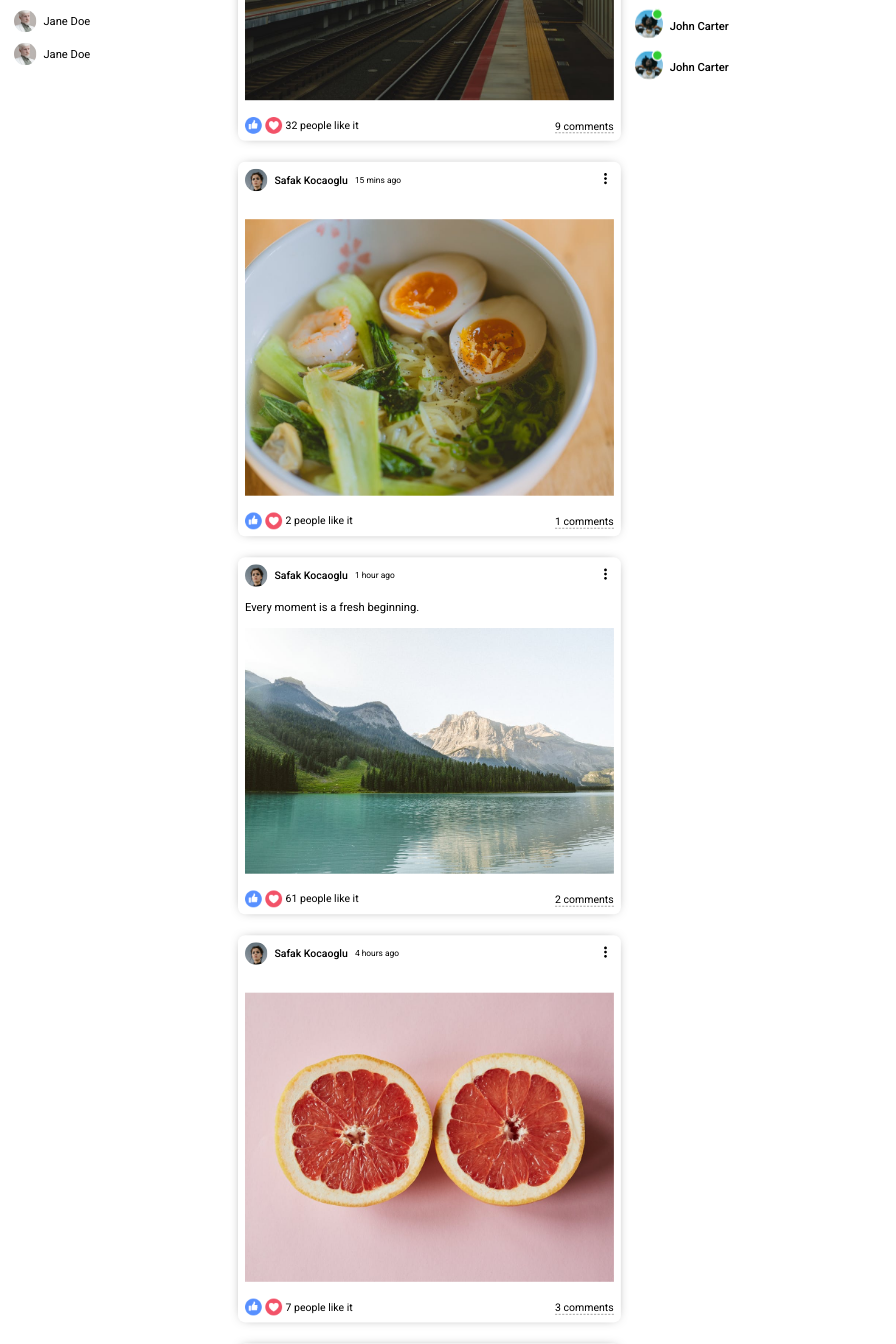
Repository: nazlinres01/react-social
Page: / (app in client/)
The author's editor kept a copy of each file at every save. The page is drawn from the files as they stood at one save, then again after the next save.
The browser window is 1280 px wide. The pictures show the part of the page from y = 623 to 2543 px (the page is 5771 px tall), at 70% of full size.
The project was rebuilt for these pictures with package versions that can differ from the ones it lists, and the page was loaded fresh each time.

Above is the page before, as saved 2024-06-13 18:31:24.

After the next save:
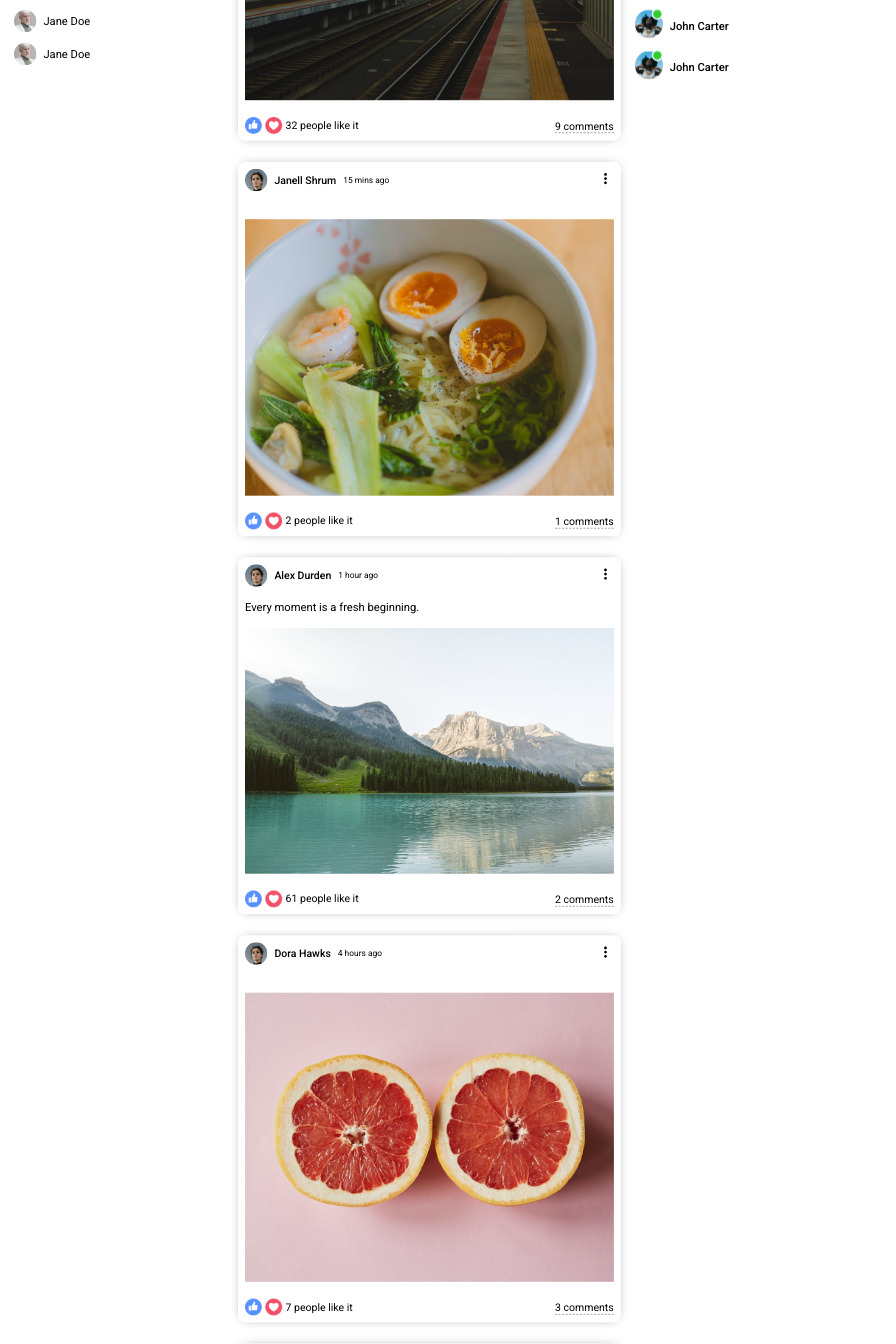
Saved 5 min 53 s later.
--- a/client/src/components/post/Post.jsx
+++ b/client/src/components/post/Post.jsx
@@ -1,5 +1,7 @@
 import { MoreVert } from "@material-ui/icons"
 import "./post.css"
+import { Users } from "../../dummyData";
+
 
 export default function Post({ post }) {
     console.log(post);
@@ -9,7 +11,9 @@
                 <div className="postTop">
                     <div className="postTopLeft">
                         <img src="/assets/person/1.jpeg" alt="" className="postProfileImg" />
-                        <span className="postUsername">Safak Kocaoglu</span>
+                        <span className="postUsername">
+                            {Users.filter((u) => u.id === post.userId)[0].username}
+                        </span>
                         <span className="postDate">{post.date}</span>
 
                     </div>
